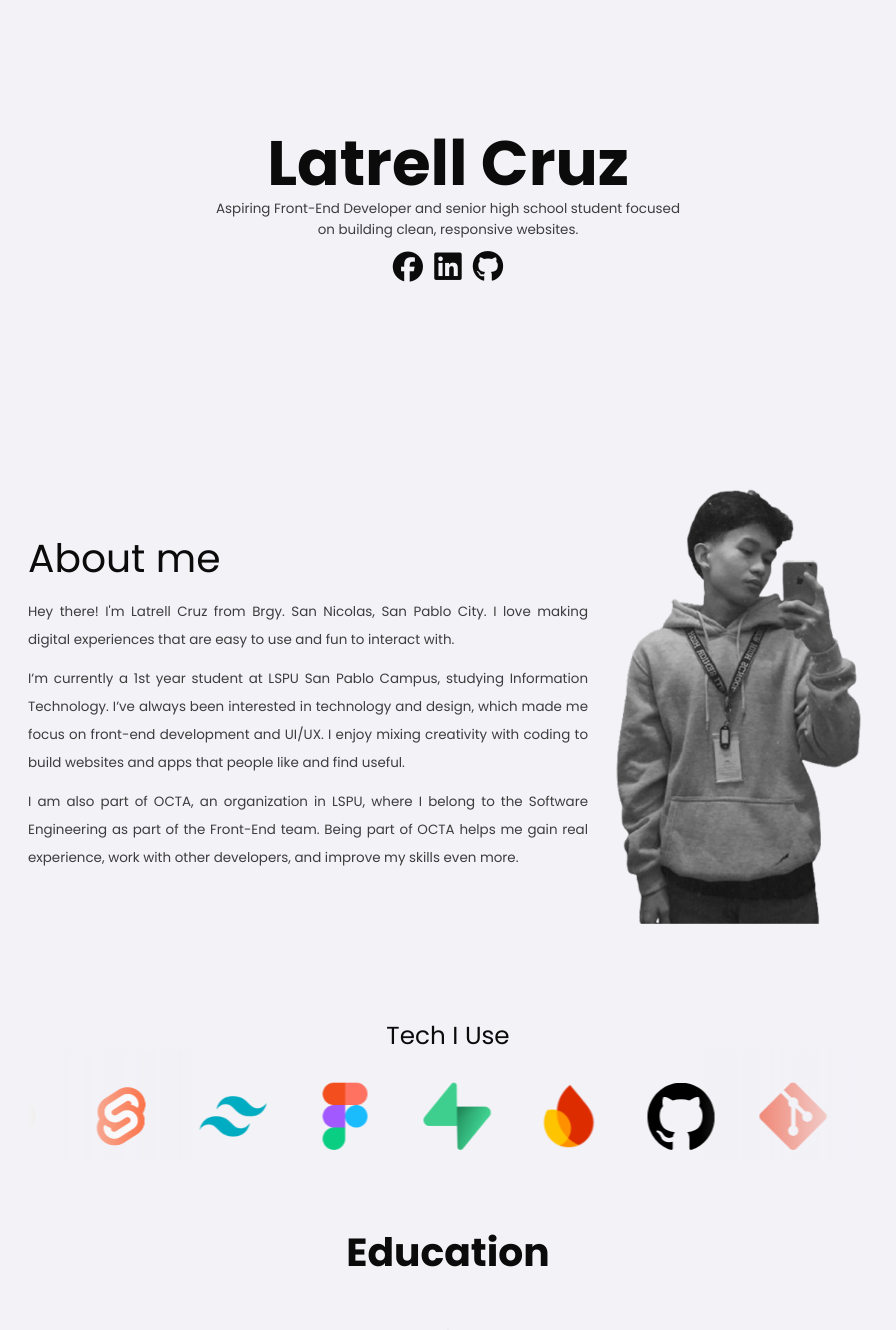
Repository: Latrell26/Portfolio-schoolProject
Page: /
An editor plug-in stored every save of this project. The page is shown before and after a run of saves, followed by the edit.
The browser window is 1280 px wide. The pictures show the part of the page from y = 74 to 1974 px (the page is 6276 px tall), at 70% of full size.
Pictures or frames that could not be fetched are drawn as grey boxes. The project was rebuilt for these pictures with package versions that can differ from the ones it lists, and the page was loaded fresh each time. Also part of the build but not shown: svelte.config.js, vite.config.js.

Above is the page before, as saved 2026-01-02 22:07:02.

### index.html
<!doctype html>
<html lang="en">
  <head>
    <meta charset="UTF-8" />
    <link rel="icon" type="image/svg+xml" href="/vite.svg" />
    <meta name="viewport" content="width=device-width, initial-scale=1.0" />
    <title>my-portfolio</title>
    <link rel="preconnect" href="https://fonts.googleapis.com">
<link rel="preconnect" href="https://fonts.gstatic.com" crossorigin>
<link href="https://fonts.googleapis.com/css2?family=Poppins:ital,wght@0,100;0,200;0,300;0,400;0,500;0,600;0,700;0,800;0,900;1,100;1,200;1,300;1,400;1,500;1,600;1,700;1,800;1,900&display=swap" rel="stylesheet">
 <link
    rel="stylesheet"
    href="https://cdnjs.cloudflare.com/ajax/libs/font-awesome/6.5.0/css/all.min.css"
  />
  </head>
  <body>
    <div id="app"></div>
    <script type="module" src="/src/main.js"></script>
  </body>
</html>

### src/app.css
@import "tailwindcss";

@theme {
  --color-dark: var(--dark);
  --color-medyolight: var(--medyolight);
  --color-light: var(--light);
}

:root {
  font-family: poppins;
  line-height: 1.5;
  font-weight: 400;
  color-scheme: light dark;
  color: #0B0B0B;
  background-color: #F2F2F7;
  font-synthesis: none;
  text-rendering: optimizeLegibility;
  -webkit-font-smoothing: antialiased;
  -moz-osx-font-smoothing: grayscale;
  --dark: #0B0B0B;
  --light: #F2F2F7;
  --medyolight: #3D3D3D;
  --light_bg: #F2F2F7;

  --tooltip-bg: var(--dark);
  --tooltip-text: var(--light);
  --tooltip-border: var(--dark);
}

.dark-mode {
  --dark: #0B0B0B;
  --medyolight: #E0E0E0;
  --light: #F2F2F7;
  --light_bg: #0B0B0B;
}

.dark-mode {
  background-color: var(--dark);
  color: var(--light);
  border-top-color: var(--light);
}

html{
  scroll-behavior: smooth;
  transition: color 0.3s ease;

}
h1 {
  font-size: clamp(4rem, 7vw, 8rem);
  font-weight: 700;
  line-height: 1.1;
}
h2 {
  font-size: clamp(2rem, 6vw, 3.5rem);
  line-height: 1.1;
}
h3 {
  font-size: clamp(2rem, 6vw, 2.2rem);
  line-height: 1.1;
}
h4 {
  font-size: clamp(1rem, 6vw, 2rem);
  line-height: 1.1;
}
h5{
  font-size: clamp(2rem, 3vw, 2.5rem);
}
p{
  font-size: clamp(1rem, 6vw, 1.2rem);
  color: var(--medyolight);
}

span{
  color: var(--light);
}

.border-light {
  border-color: transparent;
}
.border-t-light {
  border-top-color: var(--dark);
}

@keyframes slide {
    from {
      transform: translateX(-100%);
    }
    to {
      transform: translateX(0);
    }
  }

### src/App.svelte
<script>
  import svelteLogo from "./assets/svelte.svg";
  import viteLogo from "/vite.svg";
  import NavBar from "./lib/navBar.svelte";
  import Footer from "./lib/footer.svelte";
  import * as img from "./imagedata.js";
  import { projects } from "./lib/arrayObjectsData.js";
  import { education } from "./lib/arrayObjectsData.js";
  import ProjectCard from "./lib/components-cards.svelte";
  import TimelineItem from "./lib/TimeLineItem.svelte";
  const icons = [
    { src: img.csharplogo, name: "C#" },
    { src: img.csslogo, name: "CSS" },
    { src: img.htmllogo, name: "HTML" },
    { src: img.javalogo, name: "Java" },
    { src: img.jslogo, name: "JavaScript" },
    { src: img.pythonlogo, name: "Python" },
    { src: img.sveltelogo, name: "Svelte" },
    { src: img.tailwindlogo, name: "Tailwind CSS" },
    { src: img.figmalogo, name: "Figma" },
    { src: img.supabaselogo, name: "Supabase" },
    { src: img.firebaselogo, name: "Firebase" },
    { src: img.github, name: "GitHub" },
    { src: img.gitlogo, name: "Git" },
  ];
</script>

<main class="max-w-330 mx-auto pt-2 px-4 lg:px-10 duration-300">
  <NavBar />
  <section
    class="h-screen flex flex-col justify-center items-center text-center"
    id="home"
  >
    <div>
      <h1 class="font-bold">Latrell Cruz</h1>
      <p class=" text-lg max-w-2xl">
        Aspiring Front-End Developer and senior high school student focused on
        building clean, responsive websites.
      </p>
    </div>

    <div class="flex flex-row gap-4 mt-4 justify-center items-center">
      <a href="https://www.facebook.com/share/1Da6x7yam2/">
        <i class="fa-brands fa-facebook text-[2.7rem] hover:text-[#1877F2] duration-300"></i>
      </a>
      <a href="https://www.linkedin.com/in/latrell-cruz-a11975387/">
        <i class="fa-brands fa-linkedin text-[2.8rem] hover:text-[#0A66C2] duration-300"></i>
      </a>
      <a href="https://github.com/Latrell26">
        <i class="fa-brands fa-github text-[2.8rem] duration-300"></i>
      </a>
    </div>
  </section>

  <section class="mb-35 pt-10" id="about">
    <div class="flex flex-wrap justify-between items-center">
      <div class="flex flex-col">
        <h2 class="mb-6">About me</h2>
        <div class="max-w-[50rem] leading-10 flex-1 text-justify">
          <p>
            Hey there! I'm Latrell Cruz from Brgy. San Nicolas, San Pablo City.
            I love making digital experiences that are easy to use and fun to
            interact with.
          </p>
          <p class="mt-4">
            I’m currently a 1st year student at LSPU San Pablo Campus, studying
            Information Technology. I’ve always been interested in technology
            and design, which made me focus on front-end development and UI/UX.
            I enjoy mixing creativity with coding to build websites and apps
            that people like and find useful.
          </p>
          <p class="mt-4">
            I am also part of OCTA, an organization in LSPU, where I belong to
            the Software Engineering as part of the Front-End team.
            Being part of OCTA helps me gain real experience, work with other
            developers, and improve my skills even more.
          </p>
        </div>
      </div>
      <img src={img.me} alt="me" class="hidden xl:block w-auto h-auto" />
    </div>
  </section>
  <section class="mb-5">
    <h3 class="flex justify-center items-center">Tech I Use</h3>
    <div class="relative overflow-hidden py-4 pt-12">
      <div
        class="pointer-events-none absolute inset-0 z-10
          bg-[linear-gradient(to_right,var(--light_bg)_0%,transparent_20%,transparent_80%,var(--light_bg)_100%)]
          "
      ></div>

      <div class="flex animate-[slide_26s_linear_infinite] gap-8 md:gap-16">
  <div class="flex gap-8 md:gap-16 flex-none">
    {#each icons as icon}
      <div class="relative group">
        <img
          src={icon.src}
          alt={icon.name}
          class="flex-none
                 h-12 w-12 sm:h-16 sm:w-16 md:h-24 md:w-24
                 transition-transform duration-300 ease-out
                 group-hover:scale-110 group-hover:-translate-y-2
                 cursor-pointer"
        />

        <span
          class="tooltip absolute bottom-full left-1/2 -translate-x-1/2 mb-3
                 px-3 sm:px-4 py-1 sm:py-2 text-xs sm:text-sm font-medium
                 rounded-lg opacity-0 group-hover:opacity-100
                 pointer-events-none whitespace-nowrap
                 transition-opacity duration-300 ease-out shadow-lg"
        >
          {icon.name}
          <span
            class="absolute top-full left-1/2 -translate-x-1/2
                   border-4 sm:border-8 border-light border-t-light"
          ></span>
        </span>
      </div>
    {/each}
  </div>

  <div class="flex gap-8 md:gap-16 flex-none">
    {#each icons as icon}
      <div class="relative group">
        <img
          src={icon.src}
          alt={icon.name}
          class="flex-none
                 h-12 w-12 sm:h-16 sm:w-16 md:h-24 md:w-24
                 transition-transform duration-300 ease-out
                 group-hover:scale-110 group-hover:-translate-y-2
                 cursor-pointer"
        />

        <span
          class="tooltip absolute bottom-full left-1/2 -translate-x-1/2 mb-3
                 px-3 sm:px-4 py-1 sm:py-2 text-xs sm:text-sm font-medium
                 rounded-lg opacity-0 group-hover:opacity-100
                 pointer-events-none whitespace-nowrap
                 transition-opacity duration-300 ease-out shadow-lg"
        >
          {icon.name}
          <span
            class="absolute top-full left-1/2 -translate-x-1/2
                   border-4 sm:border-8 border-light border-t-light"
          ></span>
        </span>
      </div>
    {/each}
  </div>
</div>

      </div>
  </section>
  <section id="education" class="py-20 px-6">
  <div class="max-w-6xl mx-auto">
    <h2 class="text-center text-4xl md:text-5xl font-bold mb-20">Education</h2>

    <div class="relative">
      <div class="absolute left-1/2 transform -translate-x-1/2 w-0.5 bg-gray-300 dark:bg-gray-700 h-full hidden lg:block"></div>

      <div class="space-y-0">
        {#each education as edu, i}
          <TimelineItem
            school={edu.school}
            level={edu.level}
            year={edu.year}
            imageSrc={edu.imageSrc}
            imageAlt={edu.imageAlt}
            isLeft={i % 2 === 0}
          />
        {/each}
      </div>
    </div>
  </div>
</section>
  <section class="mb-70 pt-20" id="projects">
    <h2 class="text-center mb-8">What I Build</h2>
    <div class="flex flex-wrap justify-center">
      <div class="grid grid-cols-1 lg:grid-cols-2 gap-16">
        {#each projects as project}
          <ProjectCard
            image={project.image}
            title={project.title}
            text={project.text}
            logo={project.logo || []}
            url={project.url}
          />
        {/each}
      </div>
    </div>
  </section>
  <section id="contact" class="pt-20">
    <Footer />
  </section>
</main>

<style>
  .tooltip {
    background-color: #0b0b0b;
    color: #f2f2f7;
    border-color: #0b0b0b;
  }

  .tooltip span {
    border-top-color: #0b0b0b;
  }

  :global(.dark-mode) .tooltip {
    background-color: #f2f2f7;
    color: #0b0b0b;
    border-color: #f2f2f7;
  }

  :global(.dark-mode) .tooltip span {
    border-top-color: #f2f2f7;
  }
</style>

### src/lib/navBar.svelte
<script>
  import { onMount } from "svelte";

  let isDark = false;
  let currentIcon;
  let menuOpen = false;
  let scrolled = false;
  let activeSection = "home";

  let prevScrollY = 0;
  let navbarVisible = true;
  let forceHide = false;

  // SVG icons for the toggle
  const sunIcon = `
    <svg xmlns="http://www.w3.org/2000/svg" viewBox="0 0 24 24"
         fill="none" stroke="currentColor" class="w-4 h-4">
      <path stroke-linecap="round" stroke-linejoin="round" stroke-width="2"
            d="M12 3v1m0 16v1m9-9h-1M4 12H3
               m15.364 6.364l-.707-.707
               M6.343 6.343l-.707-.707
               m12.728 0l-.707.707
               M6.343 17.657l-.707.707
               M16 12a4 4 0 11-8 0 4 4 0 018 0z"/>
    </svg>
  `;

  const moonIcon = `
    <svg xmlns="http://www.w3.org/2000/svg" viewBox="0 0 24 24"
         fill="none" stroke="currentColor" class="w-4 h-4">
      <path stroke-linecap="round" stroke-linejoin="round" stroke-width="2"
            d="M20.354 15.354A9 9 0 018.646 3.646
               9.003 9.003 0 0012 21
               a9.003 9.003 0 008.354-5.646z"/>
    </svg>
  `;

  function applyDarkMode(value) {
    document.documentElement.classList.toggle("dark-mode", value);
    localStorage.setItem("darkMode", value);
    currentIcon = value ? moonIcon : sunIcon;
  }

  function toggleDarkMode() {
    isDark = !isDark;
    applyDarkMode(isDark);
  }

  function hideNavbarAfterClick() {
    forceHide = true;
    navbarVisible = false;
    setTimeout(() => forceHide = false, 1200);
  }

  onMount(() => {
    const saved = localStorage.getItem("darkMode");
    isDark = saved !== null
      ? saved === "true"
      : window.matchMedia("(prefers-color-scheme: dark)").matches;
    applyDarkMode(isDark);

    const handleScroll = () => {
      if (forceHide) return;

      const currentScrollY = window.scrollY;
      scrolled = currentScrollY > 50;

      if (currentScrollY > prevScrollY && currentScrollY > 100) {
        navbarVisible = false;
      } else if (currentScrollY < prevScrollY) {
        navbarVisible = true;
      }

      if (currentScrollY <= 10) navbarVisible = true;
      prevScrollY = currentScrollY;
    };

    window.addEventListener("scroll", handleScroll);

    const sections = document.querySelectorAll("section[id]");
    const observer = new IntersectionObserver(
      entries => {
        entries.forEach(entry => {
          if (entry.isIntersecting) activeSection = entry.target.id;
        });
      },
      { threshold: 0.5 }
    );
    sections.forEach(sec => observer.observe(sec));

    return () => {
      window.removeEventListener("scroll", handleScroll);
      observer.disconnect();
    };
  });
</script>

<!-- NAVBAR -->
<nav
  class={`fixed top-0 left-0 right-0 z-50 py-2 transition-all duration-300 ease-out
  bg-transparent ${scrolled ? "bg-white/10 border-b border-white/20 backdrop-blur-xl shadow-md" : "border-b border-transparent"}
  ${navbarVisible ? "translate-y-0" : "-translate-y-full"}`}
>
  <div class="flex justify-between items-center max-w-7xl mx-auto px-4">
    <h5 class="font-semibold">LC</h5>

    <!-- Desktop Links -->
    <ul class="hidden md:flex gap-12 text-lg">
      {#each ["home","about","projects","contact"] as item}
        <li class="hover:underline underline-offset-4">
          <a href={`#${item}`} on:click={hideNavbarAfterClick}
             class={activeSection === item ? "underline" : ""}>
            {item[0].toUpperCase() + item.slice(1)}
          </a>
        </li>
      {/each}
    </ul>

    <!-- Mobile burger -->
    <button class="md:hidden text-2xl" on:click={() => menuOpen = true}>☰</button>

    <!-- Desktop Dark Mode Toggle (optional) -->
    <button
      on:click={toggleDarkMode}
      class="hidden md:flex relative w-14 h-7 rounded-full bg-white shadow-md flex items-center cursor-pointer"
    >
      <div class="w-7 h-7 rounded-full transition-all duration-300 flex items-center justify-center text-white
                  {isDark ? 'bg-dark translate-x-7' : 'bg-yellow-500 translate-x-0'}">
        {@html currentIcon}
      </div>
    </button>
  </div>
</nav>

<!-- MOBILE MENU -->
<div
  class={`fixed top-0 right-0 h-full w-64 bg-black/80 backdrop-blur-xl text-white p-6 z-40
    transition-transform duration-300 ${menuOpen ? "translate-x-0" : "translate-x-full"}`}
>
  <button class="text-3xl mb-6" on:click={() => menuOpen = false}>✕</button>

  <!-- Dark mode toggle inside mobile menu -->
  <button
    on:click={toggleDarkMode}
    class="relative w-14 h-7 rounded-full bg-white shadow-md flex items-center cursor-pointer mb-6"
  >
    <div class="w-7 h-7 rounded-full transition-all duration-300 flex items-center justify-center text-white
                {isDark ? 'bg-dark translate-x-7' : 'bg-yellow-500 translate-x-0'}">
      {@html currentIcon}
    </div>
  </button>

  <ul class="flex flex-col gap-6 text-xl">
    {#each ["home","about","projects","contact"] as item}
      <li>
        <a href={`#${item}`} on:click={() => { menuOpen = false; hideNavbarAfterClick(); }}
           class={activeSection === item ? "underline" : ""}>
          {item[0].toUpperCase() + item.slice(1)}
        </a>
      </li>
    {/each}
  </ul>
</div>

<style>
  .dark-mode {
    --dark: #0B0B0B;
    --light: #F2F2F7;
    background-color: var(--dark);
    color: var(--light);
  }
</style>

### src/lib/footer.svelte
    <script>
    import * as img from "../imagedata.js";
    </script>

    <footer class="" >
    <div class="max-w-7xl mx-auto">

        <div class="max-w-2xl">

        <h2 class="">Let's work together</h2>

        <form class="mt-10 space-y-8">
            <div>
            <p class="">Name</p>
            <input
                type="text"
                required
                placeholder="Yourname"
                class="w-full px-0 py-2 bg-transparent border-b-2
                    focus:outline-none
                    placeholder-medyolight"
            />
            </div>

            <div>
            <p class="">Email</p>
            <input
                type="email"
                required
                placeholder="your.email@example.com"
                class="w-full px-0 py-2 bg-transparent border-b-2
                    focus:outline-none
                    placeholder-medyolight"
            />
            </div>
            <div>
            <p class="">Message</p>
            <textarea
                required
                rows="3"
                placeholder="Say hello..."
                class="w-full px-0 py-2 bg-transparent border-b-2
                    focus:outline-none
                    resize-none placeholder-medyolight"
            ></textarea>
            </div>

            <button
            type="submit"
            class="px-8 py-4 bg-dark rounded-lg text-light cursor-pointer hover:bg-light border-1  hover:text-dark duration-400 ease-out"
            >
            Send message
            </button>
        </form>

        <div class="flex flex-row items-center gap-4 mt-16">
            <a
            href="https://www.facebook.com/share/1Da6x7yam2/"
            >
            <i class="fa-brands fa-facebook text-[2.2rem] hover:text-[#1877F2] duration-300"></i>

            </a>
            <a
            href="https://www.linkedin.com/in/latrell-cruz-a11975387/"
            >
            <i class="fa-brands fa-linkedin text-[2.3rem] hover:text-[#0A66C2] duration-300"></i>

            </a>
            <a
            href="https://github.com/Latrell26"
            >
            <i class="fa-brands fa-github text-[2.3rem] duration-300"></i>
            </a>
        </div>


        <div class="mt-16 mb-8">
            <h6 class="text-sm text-medyolight">© 2025 Latrell Cruz. All rights reserved.</h6>
        </div>

        </div>
    </div>
    </footer>

### src/imagedata.js
import facebook from "./assets/imgs/facebook.svg";
import github from "./assets/imgs/github.svg";
import linkedin from "./assets/imgs/linkedin.svg";
import me from "./assets/imgs/me.png";
import csharplogo from "./assets/imgs/csharplogo.png";
import csslogo from "./assets/imgs/csslogo.png";
import htmllogo from "./assets/imgs/htmllogo.png";
import javalogo from "./assets/imgs/javalogo.png";
import jslogo from "./assets/imgs/jslogo.png";
import pythonlogo from "./assets/imgs/pythonlogo.png";
import sveltelogo from "./assets/imgs/sveltelogo.png";
import tailwindlogo from "./assets/imgs/tailwindlogo.png";
import figmalogo from "./assets/imgs/figmalogo.png";
import supabaselogo from "./assets/imgs/supabaselogo.png";
import firebaselogo from "./assets/imgs/firebaselogo.png";
import gitlogo from "./assets/imgs/gitlogo.png";
import insideStyle from "./assets/imgs/insideStyle.png";
import raiohDesign from "./assets/imgs/raiohDesign.png";
import antellDesgin from "./assets/imgs/antellDesgin.png";
import antelldesign from "./assets/imgs/antelldesign.svg";
import raiohdesign from "./assets/imgs/raiohdesign.svg";
import insidestyledesign from "./assets/imgs/insidestyledesign.svg";
import facebookdm from "./assets/imgs/facebookdm.svg";
import linkeindm from "./assets/imgs/linkeindm.svg";

export{
    facebook,
    github,
    linkedin,
    me,
    csharplogo,
    csslogo,
    htmllogo,
    javalogo,
    jslogo,
    pythonlogo,
    sveltelogo,
    tailwindlogo,
    figmalogo,
    supabaselogo,
    firebaselogo,
    gitlogo,
    insideStyle,
    raiohDesign,
    antellDesgin,
    antelldesign,
    raiohdesign,
    insidestyledesign,
    linkeindm,
    facebookdm,
}

### src/lib/components-cards.svelte
<script>
    export let image = "";
    export let title = "";
    export let text = "";
    export let logo = [];
    export let url = "#";

    let isDisabled = title === "Soon...";
</script>

<div class="group">
    <a
        href={isDisabled ? "#" : url}
        target="_blank"
        rel="noopener noreferrer"
        class={`block ${isDisabled ? 'pointer-events-none cursor-not-allowed' : ''}`}
    >
        <div class="mb-4 relative rounded-lg overflow-hidden">
            <div>
                <img
                    src={image}
                    alt={title}
                    class={`w-[600px] h-[350px] object-cover transition-transform duration-400 ease-out
                        ${isDisabled ? '' : 'group-hover:scale-104 cursor-pointer'}`}
                />

                <div class={`absolute inset-0
                            ${isDisabled ? 'opacity-0' : 'opacity-0 group-hover:opacity-100'}
                            transition-opacity duration-400 ease-out
                            backdrop-blur-sm
                            bg-white/5
                            flex items-end justify-center pb-8
                            pointer-events-none`}
                >
                    {#if !isDisabled}
                    <div class="bg-white/20 backdrop-blur-lg rounded-xl px-6 py-2 border border-white/30 shadow-xl
                                translate-y-4 group-hover:translate-y-0 transition-transform duration-400 ease-out">
                        <p class=" tracking-wide drop-shadow-lg">
                            <span>View project →</span>

                        </p>
                    </div>
                    {/if}
                </div>
            </div>
        </div>
    </a>

    <div>
        <h3 class="font-semibold mb-2">
            {title}
        </h3>

        <p class="leading-relaxed mb-2 max-w-[37rem] text-justify">
            {text}
        </p>

        <div class="flex gap-2 flex-wrap">
            {#each logo as icon}
                <img
                    src={icon}
                    alt="tech icon"
                    class="w-10 h-10 md:w-12 md:h-12 object-contain"
                />
            {/each}
        </div>
    </div>
</div>

### src/lib/TimeLineItem.svelte
<script>
  export let school = "";
  export let level = "";
  export let year = "";
  export let imageSrc = "https://via.placeholder.com/800x500";
  export let imageAlt = "";
  export let isLeft = true; // bagong prop para i-alternate
</script>

<div class="grid grid-cols-1 lg:grid-cols-2 gap-12 items-center relative mb-24">
    <!-- Text -->
    <div class={`text-left lg:text-right lg:pr-16 ${isLeft ? "order-2 lg:order-1" : "order-2 lg:order-2 text-right lg:text-left lg:pl-16"}`}>
        <h3 class="text-2xl md:text-3xl font-bold">{school}</h3>
        <p class="mt-3 text-lg">{level}</p>
        <p class="mt-2 text-gray-600 dark:text-gray-400">{year}</p>
    </div>

    <!-- Image -->
    <div class={`${isLeft ? "order-1 lg:order-2" : "order-1 lg:order-1"}`}>
        <div class="rounded-xl shadow-xl overflow-hidden">
            <img
                src={imageSrc}
                alt={imageAlt}
                class="w-full h-80 object-cover transition-transform duration-500 hover:scale-105"
            />
        </div>
    </div>

    <!-- Dot in center line -->
    <div class="hidden lg:block absolute left-1/2 transform -translate-x-1/2 w-4 h-4 bg-primary rounded-full ring-8 ring-white dark:ring-gray-900 top-8"></div>
</div>

Loaded but not shown: src/main.js (common file); src/lib/arrayObjectsData.js (60 lines, source omitted)

After the next 3 saves:
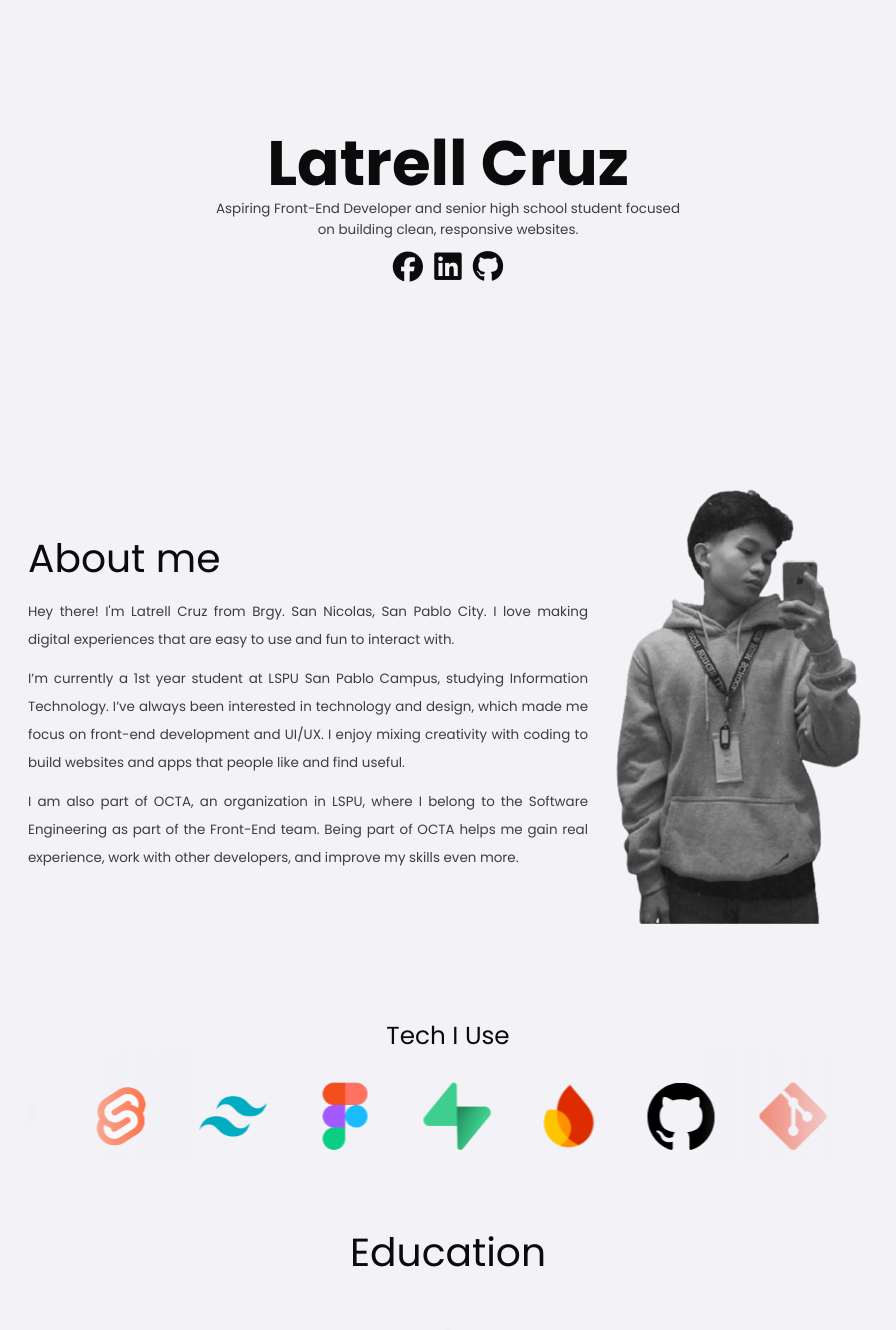
The 3 saves are shown as one change because they came seconds apart.
The last was saved 64 s later.
--- a/src/App.svelte
+++ b/src/App.svelte
@@ -155,7 +155,7 @@
   </section>
   <section id="education" class="py-20 px-6">
   <div class="max-w-6xl mx-auto">
-    <h2 class="text-center text-4xl md:text-5xl font-bold mb-20">Education</h2>
+    <h2 class="text-center mb-20">Education</h2>
 
     <div class="relative">
       <div class="absolute left-1/2 transform -translate-x-1/2 w-0.5 bg-gray-300 dark:bg-gray-700 h-full hidden lg:block"></div>
